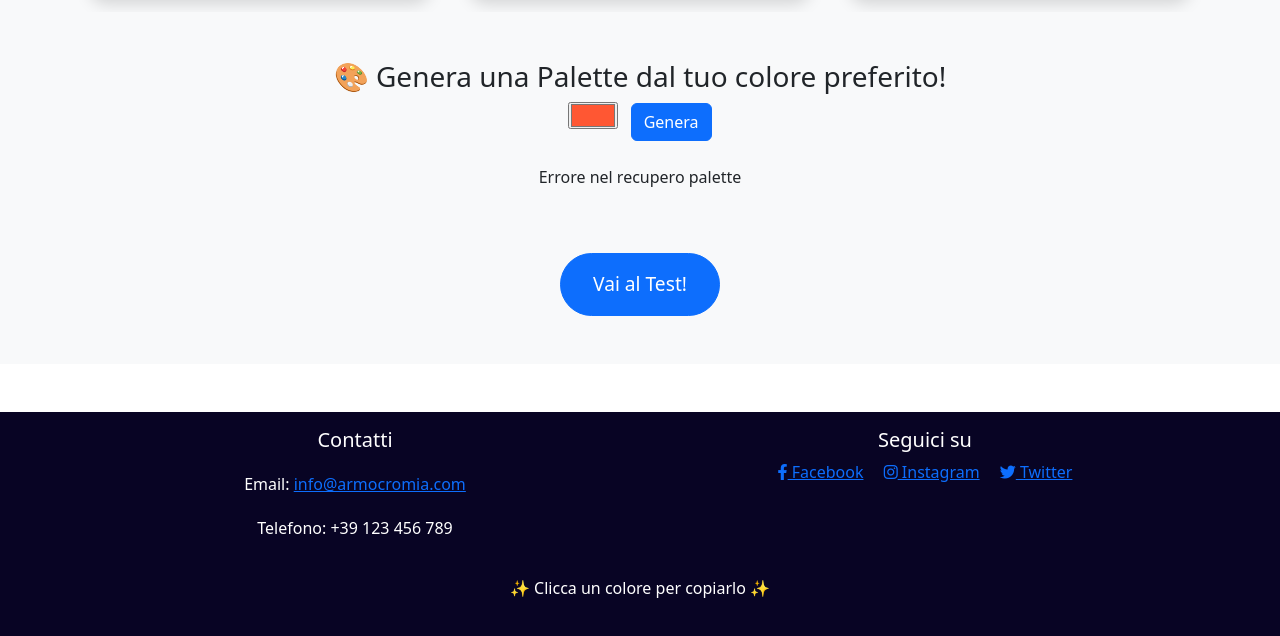
Repository: Probyte5D/Armocromia-website
Page: index.html
An editor plug-in stored every save of this project. The page is shown before and after the next save, followed by the edit.
The browser window is 1280 px wide. The pictures show the part of the page from y = 2538 to 3174 px (the page is 3174 px tall before and 3134 px after).
After loading, the first visible `button.btn-primary` was clicked once.
A picture or video elsewhere on the page could not be fetched, so the positions and the page height are approximate. The page's requests for data from a server got no answer. Backgrounds fixed to the window are drawn as part of the page.

Above is the page before, as saved 2025-04-18 22:04:00.
Console error: ReferenceError: bootstrap is not defined

### index.html
<!DOCTYPE html>
<html lang="it">
<head>
  <meta charset="UTF-8" />
  <meta name="viewport" content="width=device-width, initial-scale=1.0" />
  <title>Armocromia - Scopri la tua stagione</title>

  <!-- CSS personalizzato -->
  <link rel="stylesheet" href="style.css" />
   <!-- Aggiungi il link a Font Awesome -->
   <link href="https://cdnjs.cloudflare.com/ajax/libs/font-awesome/6.0.0-beta3/css/all.min.css" rel="stylesheet">
  <link href="https://fonts.googleapis.com/css2?family=Outfit:wght@300;500;700&display=swap" rel="stylesheet">

  <!-- Bootstrap CSS -->
<!-- Bootstrap CSS -->
<link href="https://cdn.jsdelivr.net/npm/bootstrap@5.3.0-alpha1/dist/css/bootstrap.min.css" rel="stylesheet">



</head>

<body>

  <!-- NAVBAR -->
  <nav class="navbar navbar-expand-lg navbar-dark fixed-top" style="background-color: rgba(0, 0, 0, 0.5);">
    <div class="container-fluid">
      <a class="navbar-brand" href="#">
        <img src="images/logo.png" alt="Logo Armocromia" style="height: 40px;">
      </a>
      <button class="navbar-toggler" type="button" data-bs-toggle="collapse" data-bs-target="#navbarNav" aria-controls="navbarNav" aria-expanded="false" aria-label="Toggle navigation">
        <span class="navbar-toggler-icon"></span>
      </button>

      <div class="collapse navbar-collapse" id="navbarNav">
        <ul class="navbar-nav ms-auto">
          <li class="nav-item"><a class="nav-link" href="#">Home</a></li>
          <li class="nav-item"><a class="nav-link" href="#">About</a></li>
          <li class="nav-item"><a class="nav-link" href="test.html">Test Armocromia</a></li>
          <li class="nav-item"><a class="nav-link" href="#">Contact</a></li>
        </ul>
      </div>
    </div>
  </nav>

  <!-- HEADER -->
  <header>
    <h1>  <img src="images/logo.png" alt="Logo Armocromia" style="height: 10rem;"> Armocromia</h1>
    <p>Scopri le palette perfette per la tua stagione.</p>
    <button class="btn btn-outline-light mt-3" data-bs-toggle="modal" data-bs-target="#introModal">Cos'è l'Armocromia?</button>
    <div class="scroll-down">↓</div>
  </header>

  <!-- MODAL -->
  <div class="modal fade" id="introModal" tabindex="-1" aria-labelledby="introModalLabel" aria-hidden="true">
    <div class="modal-dialog">
      <div class="modal-content rounded-4 shadow">
        <div class="modal-header">
          <h5 class="modal-title">Benvenuto nel mondo dell’armocromia ✨</h5>
          <button type="button" class="btn-close" data-bs-dismiss="modal"></button>
        </div>
        <div class="modal-body">
          L'armocromia è lo studio dei colori più adatti a te in base a incarnato, occhi e capelli.
        </div>
        <div class="modal-footer">
          <button type="button" class="btn btn-primary" data-bs-dismiss="modal">Inizia!</button>
        </div>
      </div>
    </div>
  </div>

  <!-- MAIN -->
  <main>
    <section class="carousel-container">
      <div id="carouselExample" class="carousel slide" data-bs-ride="carousel">
        <div class="carousel-inner">
          <!-- Card Primavera -->
         <!-- Card Primavera -->
<!-- Card Primavera -->
<div class="carousel-item active">
  <div class="card primavera">
    <h3>🌸 Primavera <i class="fas fa-dove"></i></h3> <!-- Aggiunta dell'icona dell'uccello -->
    <img src="https://images.unsplash.com/photo-1518943701174-17e4aff936d4?w=500&auto=format&fit=crop&q=60&ixlib=rb-4.0.3&ixid=M3wxMjA3fDB8MHxzZWFyY2h8MTV8fHByaW1hdmVyYXxlbnwwfHwwfHx8MA%3D%3D" alt="Primavera" class="season-img">
    <p>Toni caldi, chiari e brillanti. Perfetti per chi ha pelle dorata e occhi chiari.</p>
    <div class="palette">
      <div class="color" style="background-color: #FFD1DC;" title="Colore 1: Rosa Chiaro"></div>
      <div class="color" style="background-color: #FFFACD;" title="Colore 2: Giallo Pallido"></div>
      <div class="color" style="background-color: #E0BBE4;" title="Colore 3: Lavanda"></div>
      <div class="color" style="background-color: #FFB347;" title="Colore 4: Arancione"></div>
      <div class="color" style="background-color: #B5EAD7;" title="Colore 5: Verde Menta"></div>
      <a href="test.html" class="btn btn-outline-primary mt-3">Scopri di più</a>
    </div>
  </div>
</div>

<!-- Card Estate -->
<div class="carousel-item">
  <div class="card estate">
    <h3>☀️ Estate <i class="fas fa-sun"></i></h3> <!-- Aggiunta dell'icona occhiali da sole -->
    <img src="https://images.unsplash.com/photo-1517384084767-6bc118943770?w=500&auto=format&fit=crop&q=60&ixlib=rb-4.0.3&ixid=M3wxMjA3fDB8MHxzZWFyY2h8MTB8fGVzdGF0ZXxlbnwwfHwwfHx8MA%3D%3D" alt="Estate" class="season-img">
    <p>Toni freddi e soft, ideali per carnagioni rosate e occhi chiari.</p>
    <div class="palette">
      <div class="color" style="background-color: #BFD7EA;"></div>
      <div class="color" style="background-color: #D6E2E9;"></div>
      <div class="color" style="background-color: #A2D2FF;"></div>
      <div class="color" style="background-color: #CDB4DB;"></div>
      <div class="color" style="background-color: #E2F0CB;"></div>
      <a href="test.html" class="btn btn-outline-primary mt-3">Scopri di più</a>
    </div>
  </div>
</div>

<!-- Card Autunno -->
<div class="carousel-item">
  <div class="card autunno">
    <h3>🍁 Autunno <i class="fas fa-leaf"></i></h3> <!-- Aggiunta dell'icona foglia -->
    <img src="https://images.unsplash.com/photo-1516700675895-b2e35cae333c?w=500&auto=format&fit=crop&q=60&ixlib=rb-4.0.3&ixid=M3wxMjA3fDB8MHxzZWFyY2h8OXx8YXV0dW5ub3xlbnwwfHwwfHx8Mg%3D%3D" alt="Autunno" class="season-img">
    <p>Toni caldi, intensi e terrosi. Per incarnati dorati e occhi scuri o verdi.</p>
    <div class="palette">
      <div class="color" style="background-color: #D2691E;"></div>
      <div class="color" style="background-color: #C3B091;"></div>
      <div class="color" style="background-color: #A0522D;"></div>
      <div class="color" style="background-color: #F4A460;"></div>
      <div class="color" style="background-color: #B22222;"></div>
      <a href="test.html" class="btn btn-outline-primary mt-3">Scopri di più</a>
    </div>
  </div>
</div>

<!-- Card Inverno -->
<div class="carousel-item">
  <div class="card inverno">
    <h3>❄️ Inverno <i class="fas fa-snowflake"></i></h3> <!-- Aggiunta dell'icona fiocco di neve -->
    <img src="https://images.unsplash.com/photo-1612646785979-e1a8362ffa66?w=500&auto=format&fit=crop&q=60&ixlib=rb-4.0.3&ixid=M3wxMjA3fDB8MHxzZWFyY2h8MjZ8fGludmVybm8lMjBuZXZlfGVufDB8fDB8fHwy" alt="Inverno" class="season-img">
    <p>Toni freddi e contrastati, perfetti per pelli olivastre e capelli scuri.</p>
    <div class="palette">
      <div class="color" style="background-color: #000000;"></div>
      <div class="color" style="background-color: #4169E1;"></div>
      <div class="color" style="background-color: #8A2BE2;"></div>
      <div class="color" style="background-color: #FF1493;"></div>
      <div class="color" style="background-color: #00CED1;"></div>
      <a href="test.html" class="btn btn-outline-primary mt-3">Scopri di più</a>
    </div>
  </div>
</div>


        <!-- Controlli carousel -->
        <button class="carousel-control-prev" type="button" data-bs-target="#carouselExample" data-bs-slide="prev">
          <span class="carousel-control-prev-icon"></span>
        </button>
        <button class="carousel-control-next" type="button" data-bs-target="#carouselExample" data-bs-slide="next">
          <span class="carousel-control-next-icon"></span>
        </button>
      </div>
    </section>


    <section id="shop" class="py-5 bg-light">
      <div class="container">
        <h2 class="text-center mb-5">🛍️ Il nostro Shop</h2>
        <div class="row row-cols-1 row-cols-sm-2 row-cols-md-3 row-cols-lg-4 g-4"> <!-- Questo fa sì che le card si adattino meglio -->

          <!-- Card prodotto 1 -->
          <div class="col">
            <div class="card border-0 shadow rounded-4 h-100">
              <div class="img-hover-wrap">
                <img src="https://images.unsplash.com/photo-1571646034647-52e6ea84b28c?w=500&auto=format&fit=crop&q=60&ixlib=rb-4.0.3&ixid=M3wxMjA3fDB8MHxzZWFyY2h8OXx8cm9zc2V0dG98ZW58MHx8MHx8fDI%3D" class="card-img-top main-img rounded-top-4 img-fluid" alt="Prodotto">
                <img src="https://images.unsplash.com/photo-1631214499500-2e34edcaccfe?w=500&auto=format&fit=crop&q=60&ixlib=rb-4.0.3&ixid=M3wxMjA3fDB8MHxzZWFyY2h8M3x8cm9zc2V0dG98ZW58MHx8MHx8fDI%3D" class="card-img-top hover-img rounded-top-4 img-fluid" alt="Prodotto Hover">
              </div>
              <div class="card-body text-center">
                <h5 class="card-title fw-bold">Palette Personalizzata</h5>
                <p class="card-text text-muted small">I tuoi colori ideali sempre con te, in formato digitale.</p>
                <p class="text-primary fw-semibold">€29.00</p>
                <a href="#" class="btn btn-outline-dark rounded-pill px-4">Scopri</a>
              </div>
            </div>
          </div>

          <!-- Card prodotto 2 -->
          <div class="col">
            <div class="card border-0 shadow rounded-4 h-100">
              <img src="https://images.unsplash.com/photo-1581079289103-0544b7dfad66?w=500&auto=format&fit=crop&q=60&ixlib=rb-4.0.3&ixid=M3wxMjA3fDB8MHxzZWFyY2h8MzV8fGFybW9jcm9taWF8ZW58MHx8MHx8fDI%3D" class="card-img-top rounded-top-4 img-fluid" alt="Analisi armocromatica">
              <div class="card-body text-center">
                <h5 class="card-title fw-bold">Analisi Armocromatica</h5>
                <p class="card-text text-muted small">Consulenza online con la nostra esperta armocromista.</p>
                <p class="text-primary fw-semibold">€59.00</p>
                <a href="#" class="btn btn-outline-dark rounded-pill px-4">Prenota</a>
              </div>
            </div>
          </div>


<!-- Card prodotto 3
<div class="col">
  <div class="card border-0 shadow rounded-4 h-100">
    <img src="https://images.unsplash.com/photo-1517472292914-9570a594783b?w=500&auto=format&fit=crop&q=60&ixlib=rb-4.0.3&ixid=M3wxMjA3fDB8MHxzZWFyY2h8NzN8fG1vZGElMjBwYWxldHRlfGVufDB8fDB8fHwy" class="card-img-top rounded-top-4 img-fluid" alt="Consulenza look" aria-hidden="false">
    <div class="card-body text-center">
      <h5 class="card-title fw-bold">Consulenza Look</h5>
      <p class="card-text text-muted small">Aiuto nella scelta di abiti, make-up e accessori perfetti per te.</p>
      <p class="text-primary fw-semibold">€45.00</p>
      <button class="btn btn-outline-dark rounded-pill px-4 apri-album" data-bs-toggle="modal" data-bs-target="#albumModal" aria-label="Guarda album della consulenza look">Guarda Album</button>
    </div>
  </div>
</div>


<div class="modal fade" id="albumModal" tabindex="-1" aria-labelledby="albumModalLabel" aria-hidden="true">
  <div class="modal-dialog modal-lg modal-dialog-centered">
    <div class="modal-content">
      <div class="modal-header">
        <h5 class="modal-title" id="albumModalLabel">Album Consulenza Look</h5>
        <button type="button" class="btn-close" data-bs-dismiss="modal" aria-label="Chiudi album"></button>
      </div>
      <div class="modal-body">
        <div id="lookAlbum" class="row g-3">

        </div>
      </div>
    </div>
  </div>
</div>



  <div class="modal fade" id="albumModal" tabindex="-1" aria-labelledby="albumModalLabel" aria-hidden="true">
    <div class="modal-dialog modal-lg modal-dialog-centered">
      <div class="modal-content">
        <div class="modal-header">
          <h5 class="modal-title" id="albumModalLabel">Album Consulenza Look</h5>
          <button type="button" class="btn-close" data-bs-dismiss="modal"></button>
        </div>
        <div class="modal-body">
          <div id="lookAlbum" class="row g-3"></div>
        </div>
      </div>
    </div>
  </div> </section> -->
  <!-- Card prodotto 3 -->
<div class="col">
  <div class="card border-0 shadow rounded-4 h-100">
    <img src="https://images.unsplash.com/photo-1517472292914-9570a594783b?w=500&auto=format&fit=crop&q=60&ixlib=rb-4.0.3&ixid=M3wxMjA3fDB8MHxzZWFyY2h8NzN8fG1vZGElMjBwYWxldHRlfGVufDB8fDB8fHwy" class="card-img-top rounded-top-4 img-fluid" alt="Consulenza look" aria-hidden="false">
    <div class="card-body text-center">
      <h5 class="card-title fw-bold">Consulenza Look</h5>
      <p class="card-text text-muted small">Aiuto nella scelta di abiti, make-up e accessori perfetti per te.</p>
      <p class="text-primary fw-semibold">€45.00</p>
      <!-- Modifica il bottone per fare un link verso album.html -->
      <a href="album.html" class="btn btn-outline-dark rounded-pill px-4" aria-label="Guarda album della consulenza look">Guarda Album</a>
    </div>
  </div>
</div>
</div>
</div>




    <section class="text-center my-5">
      <h3>🎨 Genera una Palette dal tuo colore preferito!</h3>
      <input type="color" id="colorPicker" value="#FF5733" />
      <button onclick="generaPalette()" class="btn btn-primary ms-2">Genera</button>

      <div id="paletteResult" class="d-flex justify-content-center mt-4 gap-3"></div>
    </section>


    <!-- Link test -->
    <section class="test-link text-center mt-5">
      <a href="test.html"><button id="vai-al-test" class="btn btn-primary">Vai al Test!</button></a>
    </section>
  </main>



<!-- Footer -->
<footer class="text-center mt-5 p-3">
  <div class="container">
    <div class="row">
      <!-- Sezione contatti -->
      <div class="col-md-6">
        <h5>Contatti</h5>
        <p>Email: <a href="mailto:info@armocromia.com">info@armocromia.com</a></p>
        <p>Telefono: +39 123 456 789</p>
      </div>
      <!-- Sezione Social Media -->
      <div class="col-md-6">
        <h5>Seguici su</h5>
        <a href="https://www.facebook.com" target="_blank" class="me-3"><i class="fab fa-facebook-f"></i> Facebook</a>
        <a href="https://www.instagram.com" target="_blank" class="me-3"><i class="fab fa-instagram"></i> Instagram</a>
        <a href="https://www.twitter.com" target="_blank"><i class="fab fa-twitter"></i> Twitter</a>
      </div>
    </div>
    <p class="mt-3">✨ Clicca un colore per copiarlo ✨</p>
  </div>
</footer>



  <script src="script.js"></script>  <!-- This should come before Bootstrap JS -->
  <script src="https://cdn.jsdelivr.net/npm/bootstrap@5.3.0-alpha1/dist/js/bootstrap.bundle.min.js"></script>


</body>
</html>

### script.js

    // Inizializza carousel
    const myCarousel = document.querySelector('#carouselExample');
    if (myCarousel) {
      new bootstrap.Carousel(myCarousel);
    }

    // Clicca su colore per copiarlo
    document.querySelectorAll('.color').forEach(el => {
      el.addEventListener('click', () => {
        // Copia il colore negli appunti
        navigator.clipboard.writeText(el.style.backgroundColor);

        // Mostra il toast per confermare la copia
        const toast = new bootstrap.Toast(document.getElementById('copyToast'));
        toast.show();

        // Aggiungi la classe 'selected' per effetto visivo
        el.classList.add('selected');

        // Rimuovi la classe 'selected' dopo 1 secondo per ripristinare lo stato iniziale
        setTimeout(() => el.classList.remove('selected'), 1000);
      });
    });

    const openBtn = document.getElementById('openModalBtn');
    const modal = document.getElementById('modal');
    const closeBtn = document.getElementById('closeModalBtn');

    openBtn.onclick = () => modal.style.display = 'flex';
    closeBtn.onclick = () => modal.style.display = 'none';

    window.onclick = e => {
      if (e.target === modal) {
        modal.style.display = 'none';
      }
    };

    function generaPalette() {
      const colore = document.getElementById("colorPicker").value.substring(1);
      const paletteDiv = document.getElementById("paletteResult");

      fetch(`https://www.thecolorapi.com/scheme?hex=${colore}&mode=analogic&count=5`)
        .then(res => res.json())
        .then(data => {
          paletteDiv.innerHTML = "";

          data.colors.forEach(col => {
            const box = document.createElement("div");
            box.style.backgroundColor = col.hex.value;
            box.style.width = "80px";
            box.style.height = "80px";
            box.style.cursor = "pointer";
            box.className = "rounded border position-relative";

            // Tooltip personalizzato
            const tooltip = document.createElement("div");
            tooltip.innerText = `${col.name.value}\n${col.hex.value}`;
            tooltip.style.position = "absolute";
            tooltip.style.bottom = "100%";
            tooltip.style.left = "50%";
            tooltip.style.transform = "translateX(-50%)";
            tooltip.style.whiteSpace = "pre-line";
            tooltip.style.background = "rgba(0, 0, 0, 0.7)";
            tooltip.style.color = "#fff";
            tooltip.style.padding = "4px 8px";
            tooltip.style.borderRadius = "8px";
            tooltip.style.fontSize = "0.8rem";
            tooltip.style.opacity = 0;
            tooltip.style.transition = "opacity 0.3s";
            tooltip.style.pointerEvents = "none";

            box.addEventListener("mouseenter", () => {
              tooltip.style.opacity = 1;
            });
            box.addEventListener("mouseleave", () => {
              tooltip.style.opacity = 0;
            });

            box.appendChild(tooltip);
            paletteDiv.appendChild(box);
          });
        })
        .catch(err => {
          console.error("Errore API:", err);
          paletteDiv.innerHTML = "<p>Errore nel recupero palette</p>";
        });
    }

    document.addEventListener("DOMContentLoaded", () => {
      const generaBtn = document.getElementById("generaPaletteBtn");
      if (generaBtn) {
        generaBtn.addEventListener("click", generaPalette);
      }
    });

      document.addEventListener('DOMContentLoaded', () => {
      const row = document.getElementById('products-row');
      fetch('https://fakestoreapi.com/products?limit=6')
        .then(res => res.json())
        .then(products => {
          products.forEach(p => {
            const col = document.createElement('div');
            col.className = 'col';
            col.innerHTML = `
              <div class="card border-0 shadow rounded-4 h-100">
                <img src="${p.image}" class="card-img-top rounded-top-4 img-fluid" alt="${p.title}">
                <div class="card-body text-center">
                  <h5 class="card-title fw-bold">${p.title}</h5>
                  <p class="card-text text-muted small">${p.description.substring(0,60)}...</p>
                  <p class="text-primary fw-semibold">€${p.price}</p>
                  <a href="#" class="btn btn-outline-dark rounded-pill px-4">Acquista</a>
                </div>
              </div>`;
            row.appendChild(col);
          });
        })
        .catch(err => console.error('Errore caricamento prodotti:', err));
    });

Loaded but not shown: style.css (1119 lines, source omitted)

After the next save:
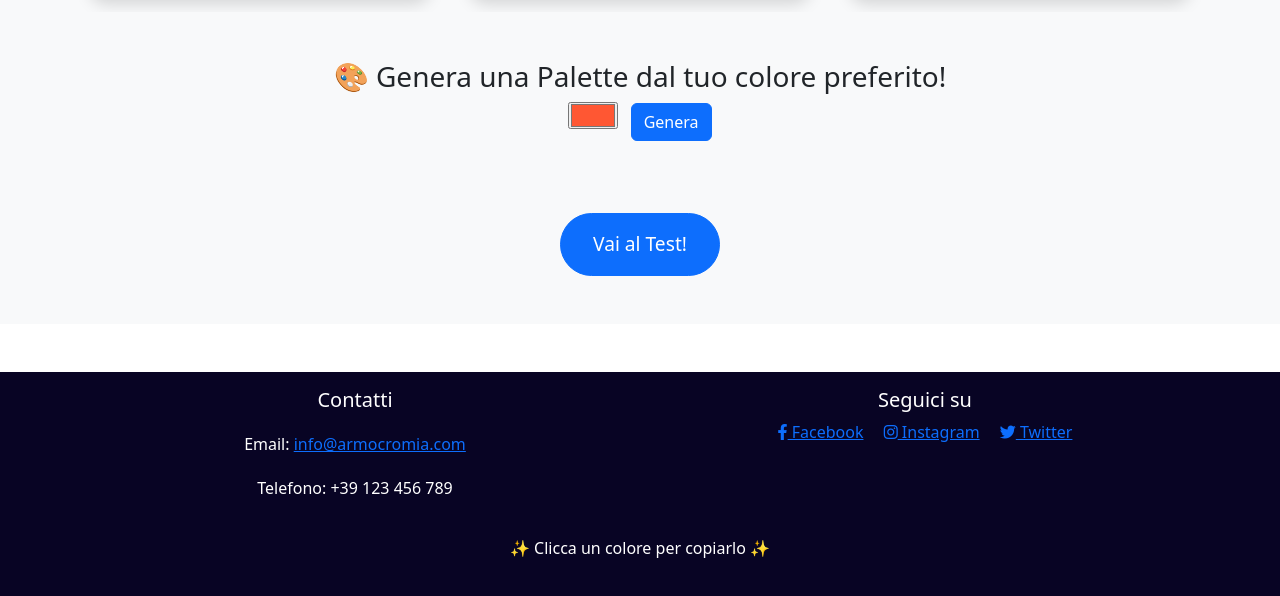
Saved 6 s later.
--- a/script.js
+++ b/script.js
@@ -35,85 +35,3 @@
         modal.style.display = 'none';
       }
     };
-
-    function generaPalette() {
-      const colore = document.getElementById("colorPicker").value.substring(1);
-      const paletteDiv = document.getElementById("paletteResult");
-
-      fetch(`https://www.thecolorapi.com/scheme?hex=${colore}&mode=analogic&count=5`)
-        .then(res => res.json())
-        .then(data => {
-          paletteDiv.innerHTML = "";
-
-          data.colors.forEach(col => {
-            const box = document.createElement("div");
-            box.style.backgroundColor = col.hex.value;
-            box.style.width = "80px";
-            box.style.height = "80px";
-            box.style.cursor = "pointer";
-            box.className = "rounded border position-relative";
-
-            // Tooltip personalizzato
-            const tooltip = document.createElement("div");
-            tooltip.innerText = `${col.name.value}\n${col.hex.value}`;
-            tooltip.style.position = "absolute";
-            tooltip.style.bottom = "100%";
-            tooltip.style.left = "50%";
-            tooltip.style.transform = "translateX(-50%)";
-            tooltip.style.whiteSpace = "pre-line";
-            tooltip.style.background = "rgba(0, 0, 0, 0.7)";
-            tooltip.style.color = "#fff";
-            tooltip.style.padding = "4px 8px";
-            tooltip.style.borderRadius = "8px";
-            tooltip.style.fontSize = "0.8rem";
-            tooltip.style.opacity = 0;
-            tooltip.style.transition = "opacity 0.3s";
-            tooltip.style.pointerEvents = "none";
-
-            box.addEventListener("mouseenter", () => {
-              tooltip.style.opacity = 1;
-            });
-            box.addEventListener("mouseleave", () => {
-              tooltip.style.opacity = 0;
-            });
-
-            box.appendChild(tooltip);
-            paletteDiv.appendChild(box);
-          });
-        })
-        .catch(err => {
-          console.error("Errore API:", err);
-          paletteDiv.innerHTML = "<p>Errore nel recupero palette</p>";
-        });
-    }
-
-    document.addEventListener("DOMContentLoaded", () => {
-      const generaBtn = document.getElementById("generaPaletteBtn");
-      if (generaBtn) {
-        generaBtn.addEventListener("click", generaPalette);
-      }
-    });
-
-      document.addEventListener('DOMContentLoaded', () => {
-      const row = document.getElementById('products-row');
-      fetch('https://fakestoreapi.com/products?limit=6')
-        .then(res => res.json())
-        .then(products => {
-          products.forEach(p => {
-            const col = document.createElement('div');
-            col.className = 'col';
-            col.innerHTML = `
-              <div class="card border-0 shadow rounded-4 h-100">
-                <img src="${p.image}" class="card-img-top rounded-top-4 img-fluid" alt="${p.title}">
-                <div class="card-body text-center">
-                  <h5 class="card-title fw-bold">${p.title}</h5>
-                  <p class="card-text text-muted small">${p.description.substring(0,60)}...</p>
-                  <p class="text-primary fw-semibold">€${p.price}</p>
-                  <a href="#" class="btn btn-outline-dark rounded-pill px-4">Acquista</a>
-                </div>
-              </div>`;
-            row.appendChild(col);
-          });
-        })
-        .catch(err => console.error('Errore caricamento prodotti:', err));
-    });
